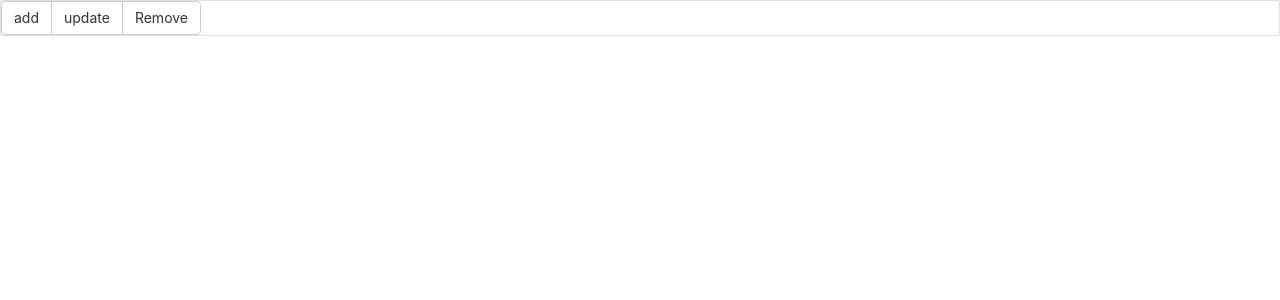
Repository: busiui/react
Page: /
These files come from the project's save history. The page is drawn as it stood at one moment and after the next save; the edit follows.
The browser window is 1280 px wide. The pictures show the whole page.
The project was rebuilt for these pictures with package versions that can differ from the ones it lists, and the page was loaded fresh each time.

Above is the page before, as saved 2020-03-18 20:54:16.

After the next save:
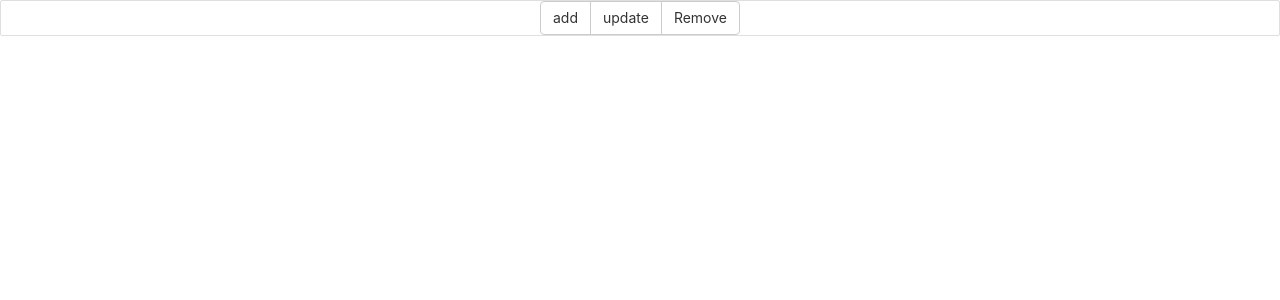
Saved 27 s later.
--- a/src/App.js
+++ b/src/App.js
@@ -9,7 +9,8 @@
   render() {
     return (
       <div className="card">
-        {/* <div class="input-group">
+        <div className="cardBody">
+          {/* <div class="input-group">
           <span class="input-group-addon">$</span>
           <input type="text" class="form-control" aria-label="Amount (to the nearest dollar)" />
           <span class="input-group-addon">.00</span>
@@ -26,10 +27,11 @@
             <li><a href="#">Separated link</a></li>
           </ul>
         </div> */}
-        <div class="btn-group" role="group" aria-label="...">
-          <button type="button" class="btn btn-default add" >add</button>
-          <button type="button" class="btn btn-default update">update</button>
-          <button type="button" class="btn btn-default remove">Remove</button>
+          <div class="btn-group" role="group" aria-label="...">
+            <button type="button" class="btn btn-default add" >add</button>
+            <button type="button" class="btn btn-default update">update</button>
+            <button type="button" class="btn btn-default remove">Remove</button>
+          </div>
         </div>
         {/* <Link  to="/home"/> */}
       </div>
